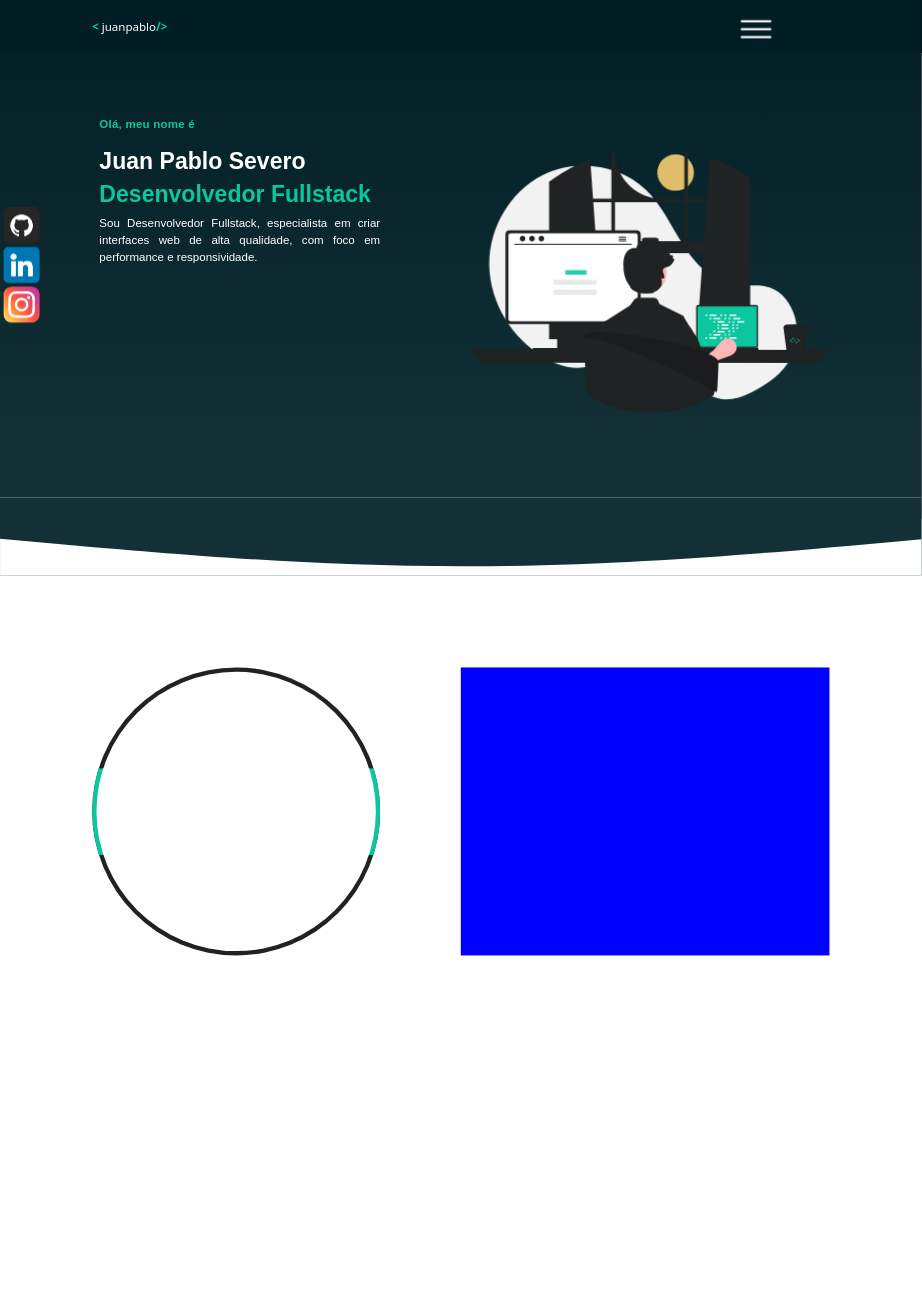
Repository: JuanPabloDS/portifolio
Page: http://localhost/
An editor plug-in stored every save of this project. The page is shown before and after the next save, followed by the edit.
The browser window is 1280 px wide. The pictures show the whole page, at 72% of full size.
The page is served by the project's application, run on Django 4.2 (manage.py).

Above is the page before, as saved 2023-03-27 14:05:45.

After the next save:
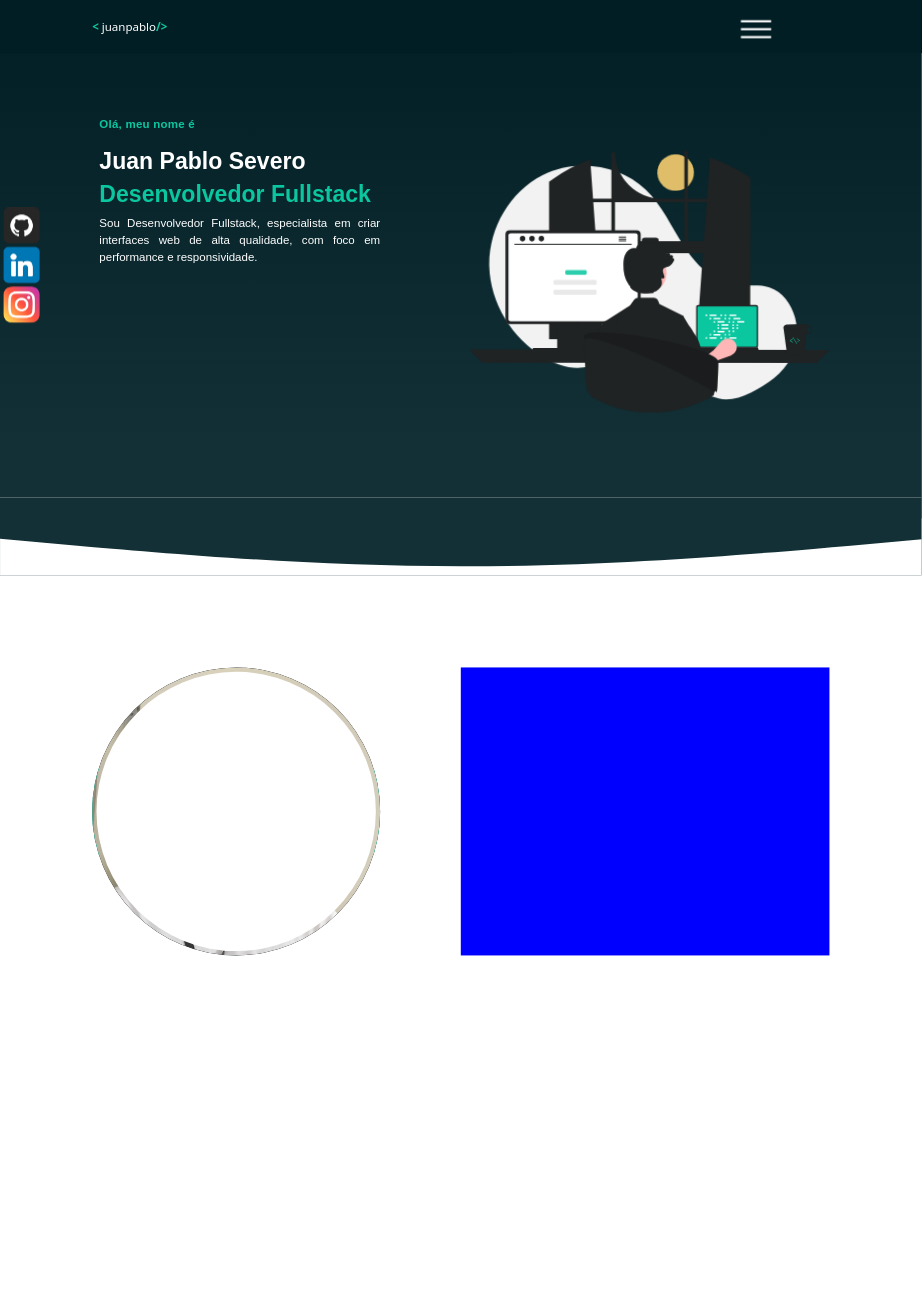
Saved 49 min 43 s later.
--- a/core/templates/perfil.html
+++ b/core/templates/perfil.html
@@ -1,8 +1,9 @@
 {% load static %}
 <div class="perfil">
     <div class="foto">
-        <!-- <img src="{% static '/img/perfil/perfil.jpeg' %}" alt=""> -->
-
+        <div class="content">
+            <img src="{% static '/img/perfil/perfil.jpeg' %}" alt="">
+        </div>
     </div>
     <div class="sobre">
 

After the save that followed:
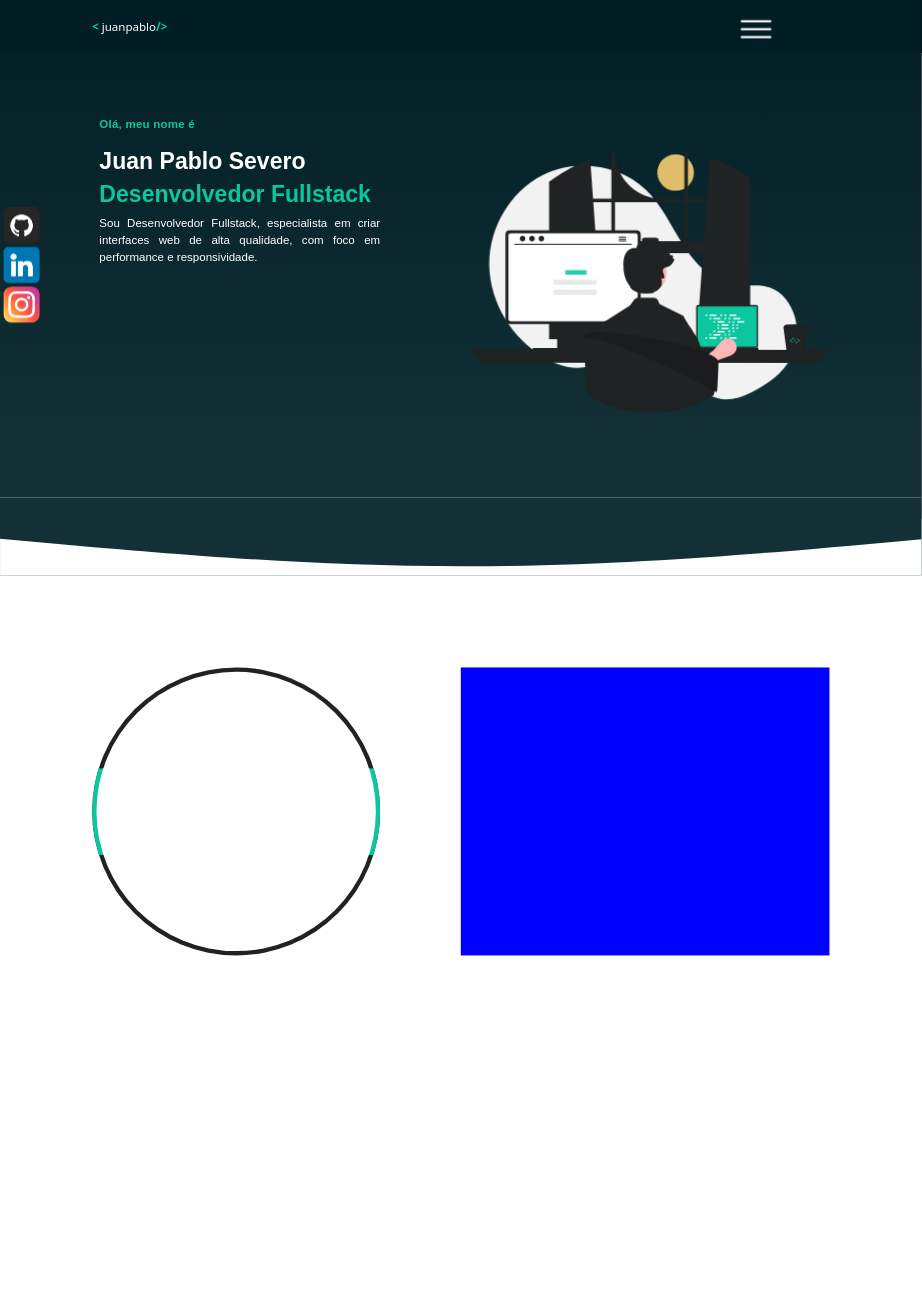
Saved 16 s later.
--- a/core/templates/perfil.html
+++ b/core/templates/perfil.html
@@ -2,7 +2,6 @@
 <div class="perfil">
     <div class="foto">
         <div class="content">
-            <img src="{% static '/img/perfil/perfil.jpeg' %}" alt="">
         </div>
     </div>
     <div class="sobre">
